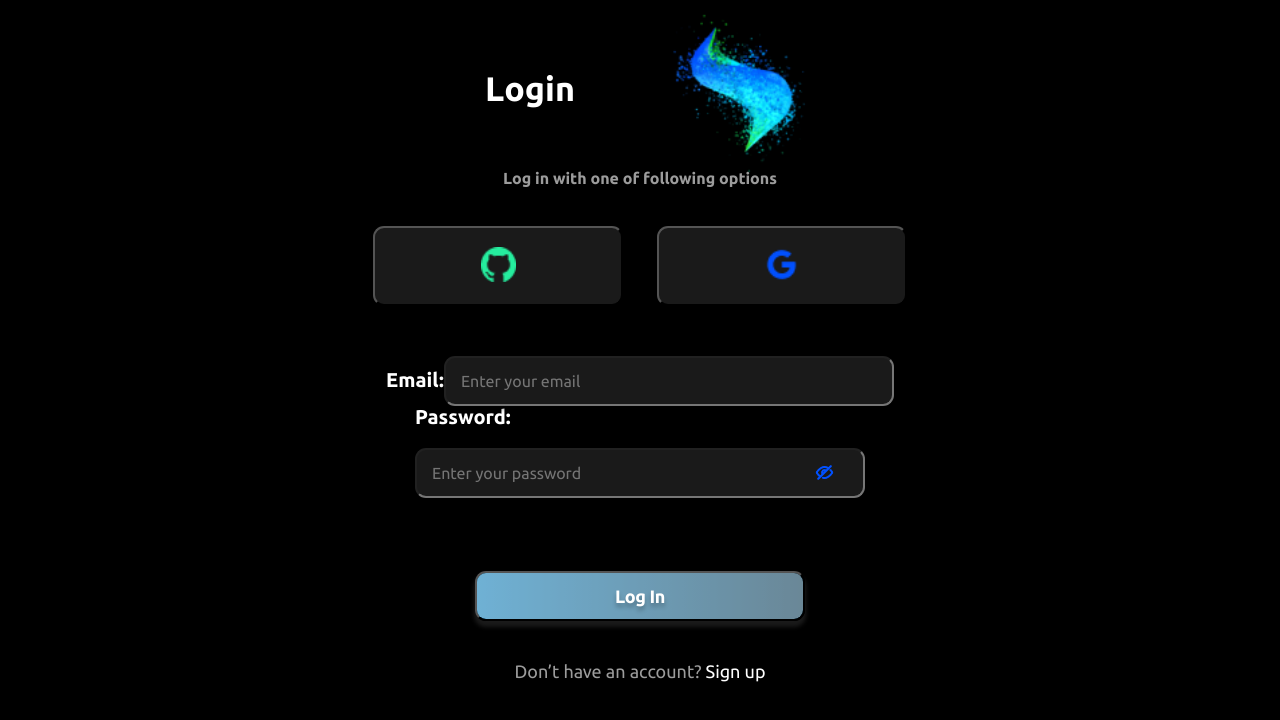
Repository: Cherced/QuanticFilms
Page: /login
An editor plug-in stored every save of this project. The page is shown before and after the next save, followed by the edit.
The browser window is 1280 px wide. The pictures show the whole page.
The page's requests for data from a server got no answer. The project was rebuilt for these pictures with package versions that can differ from the ones it lists, and the page was loaded fresh each time. The framework's server and built-in components were replaced by stand-ins that run in the browser. No one was signed in, and anything a server would have sent is missing. Also part of the build but not shown: components/atoms/HeaderFloat.jsx.

Above is the page before, as saved 2022-06-10 12:11:18.

### pages/_app.js
import '../sass/global.scss'
import {SessionProvider} from 'next-auth/react'



function MyApp({ Component, pageProps }) {
  return <SessionProvider>
            <Component {...pageProps} />
        </SessionProvider>
  }

export default MyApp

### pages/login.jsx
import React from 'react'
import { ButtonColors } from '../components/atoms/ButtonColors'
import { HeaderFloat } from '../components/atoms/HeaderFloat'
import {ButtonsAccesBySM} from '../components/molecules/ButtonsAccesBySM'
import { LoginForm } from '../components/molecules/LoginForm'
import  { useRouter } from 'next/router'
import {useSession, signIn } from 'next-auth/react'


const Login = () => {

  const { data: session, status } = useSession()
  const router = useRouter();

  if(status !== 'loading' && status === 'authenticated'){
      router.push('/home')
  }

  return (
    <div className="loginContainer">
         <div className="headerLogin">
           <h1>Login</h1>
        <img src="/images/brandLogoHeader.png" alt="BrandLogo"/>
        </div>
        <p className="parragaphAccount">Log in with one of following options</p>
        <ButtonsAccesBySM pathG={()=> signIn('github')} pathGO={()=> signIn('google')} img1={"/images/mac.png"} img2={"/images/google.png"} alt="mediaLink" />
        <LoginForm />
        <div className="principalButtonLogin">
        <ButtonColors path={"customization"} title="Log In" />
        <p className="parragaphAccountLogin">Don’t have an account? <a onClick={() => router.push("signUp")}>Sign up</a></p>
        </div>
    </div>
  )
}

export default Login

### sass/global.scss
@import "./vars";
@import "./components";
@import "./pages/start";
@import "./pages/login";
@import "./pages/signUp";
@import "./pages/costumization";
@import "./pages/home";
@import "./pages/account";

### components/atoms/ButtonColors.jsx
import React from 'react'
import { useRouter } from 'next/router'

export const ButtonColors = (props) => {
    const router = useRouter()
  return (
    <button onClick={() => router.push(`/${props.path}`)}>{props.title}</button>
  )
}

### components/molecules/ButtonsAccesBySM.jsx
import React from 'react'
import { ButtonAccount } from '../atoms/ButtonAccount'

export const ButtonsAccesBySM = (props) => {
  return (
    <div className="buttonsAccesBySM">
        <ButtonAccount path={props.pathG} img={props.img1} alt={props.alt} />
        <ButtonAccount path={props.pathGO} img={props.img2} alt={props.alt} />
    </div>
  )
}

### components/molecules/LoginForm.jsx
import React from 'react'
import { InputBasicAccont } from '../atoms/InputBasicAccont'

export const LoginForm = () => {
  return (
    <form className="formContainer">
        <InputBasicAccont password={false} titleForm="Email:" name="Email" for="Email" placeholder="Enter your email" type="text" autoComplete="off" />
        <InputBasicAccont password={true} titleForm="Password:" name="password" for="password" placeholder="Enter your password" type="password" autoComplete="off" />
    </form>
  )
}

### sass/_vars.scss
@import url('https://fonts.googleapis.com/css2?family=Ubuntu:ital,wght@0,300;0,400;0,500;0,700;1,300;1,400;1,500;1,700&display=swap');

$FontTitle: 'Ubuntu', sans-serif;

*{
    margin: 0;
    padding: 0;
    box-sizing: border-box;
}

body{
    background: black;
}
// forms Position
.formContainer{
    margin-top: 25px;
    width: 100%;
    display: flex;
    flex-direction: column;
    align-items: center;

}

//pruebas::after

.pruebas{
    min-width: 100vw;
    min-height: 100vh;
    box-sizing: border-box;
    margin: auto;
    padding: 0px;
    display: flex;
    justify-content: center;
    align-items: center;
    flex-direction: column;
}

### sass/_components.scss
@import "./mixxins";
@import "./components/headerFloat";
@import "./components/buttonsAccesBySM";
@import "./components/inputBasicAccount";
@import "./components/welcomeAnimation";
@import "./components/FilterSearch";
@import "./components/buttonAddCategory";
@import "./components/sliderInfinite";
@import "./components/sliderSmallCase";
@import "./components/filterByOptions";
@import "./components/progressBar";
@import "./components/userInfo";
@import "./components/logOut";
@import "./components/footer";

### sass/_mixxins.scss
@mixin ButtonColors {
    button {
        width: 330px;
        height: 50px;
        background: linear-gradient(270deg, #000000, #15adff, #25ed9e, #313a35, #000000);
        background-size: 1000% 1000%;
        -webkit-animation: AnimationName 10s ease infinite;
        -moz-animation: AnimationName 10s ease infinite;
        animation: AnimationName 10s ease infinite;
        box-shadow: 0px 5px 4px 1px #1A1A1A, inset 0px 4px 4px 629px rgba(255, 255, 255, 0.4);
        border-radius: 11px;
        color: whitesmoke;
        font-family: $FontTitle;
        font-style: normal;
        font-weight: 700;
        font-size: 18px;
        line-height: 21px;
        letter-spacing: -0.02em;
        color: #FFFFFF;
        text-shadow: 0px 4px 4px rgba(0, 0, 0, 0.25);
    }

    @media screen and (max-width: 320px) {
        button {
            width: 280px;
        }
    }

    @media screen and (max-width: 320px) and (max-height: 372px) {
        button {
            width: 280px;
        }
    }

    @-webkit-keyframes AnimationName {
        0% {
            background-position: 0% 50%
        }

        50% {
            background-position: 100% 50%
        }

        100% {
            background-position: 0% 50%
        }
    }

    @-moz-keyframes AnimationName {
        0% {
            background-position: 0% 50%
        }

        50% {
            background-position: 100% 50%
        }

        100% {
            background-position: 0% 50%
        }
    }

    @keyframes AnimationName {
        0% {
            background-position: 0% 50%
        }

        50% {
            background-position: 100% 50%
        }

        100% {
            background-position: 0% 50%
        }
    }
}

### sass/components/_headerFloat.scss
.headerText {
    display: flex;
    align-items: center;
    height: 95px;
    padding: 20px 0 0 0;

    .headerNavText {
        margin: 0 20px;

        button {
            background-color: transparent;
            border-radius: 50px;
        }
    }

    h1 {
        font-family: 'Ubuntu';
        font-style: normal;
        font-weight: 700;
        font-size: 24px;
        line-height: 28px;
        /* identical to box height */


        color: #FFFFFF;

    }

    .BrandIcon {
        position: absolute;
        top: 10px;
        left: 226px;
        z-index: 1;
    }
}

.headerJustBack {
    display: flex;
    align-items: center;
    height: 55px;
    padding: 20px 0 0 0;

    .headerNavText {
        margin: 0 20px;

        button {
            background-color: transparent;
            border-radius: 50px;
        }
    }

    .BrandIcon {
        display: none;
    }
}

@media screen and (min-width: 375px) {
    .headerText {
        .BrandIcon {
            left: 210px;
        }
    }
}

### sass/components/_buttonsAccesBySM.scss
.buttonsAccesBySM {
    width: 100%;
    margin-top: 40px;
    display: flex;
    justify-content: space-evenly;

    button {
        width: 160px;
        height: 60px;
        background: rgba(255, 255, 255, 0.1);
        box-shadow: 0px 4px 4px rgba(0, 0, 0, 0.25);
        backdrop-filter: blur(4px);
        border-radius: 11px;
    }
}

@media screen and (max-width: 320px) {
    .buttonsAccesBySM {
        margin-top: 30px;
        justify-content: space-evenly;
        button {
            width: 140px;
        }
    }
}


@media screen and (min-width: 414px) {
    .buttonsAccesBySM {
        margin-top: 50px;
        justify-content: space-evenly;
        button {
            width: 180px;
            height: 70px;
            img{
                width: 30px;
            }
        }
    }
}


@media screen and (min-width: 768px) {
    .buttonsAccesBySM {
        margin-top: 80px;
        justify-content: space-evenly;
        button {
            width: 340px;
            height: 90px;
            img{
                width: 35px;
            }
        }
    }
}


@media screen and (min-width: 1024px) {
    .buttonsAccesBySM {
        margin-top: 40px;
        justify-content: space-evenly;
        width: 600px;
        button {
            width: 250px;
            height: 80px;
            img{
                width: 35px;
            }
        }
    }
}

### sass/components/_inputBasicAccount.scss
.inputBasicAccont {
    label {
        font-family: 'Ubuntu';
        font-style: normal;
        font-weight: 700;
        font-size: 18px;
        line-height: 21px;
        color: #FFFFFF;
        margin-top: 10px;
    }

    input {
        width: 330px;
        height: 40px;
        font-family: 'Ubuntu';
        font-style: normal;
        font-weight: 400;
        font-size: 14px;
        line-height: 16px;
        color: #FFFFFF;
        background: rgba(255, 255, 255, 0.1);
        box-shadow: 0px 4px 4px rgba(0, 0, 0, 0.25);
        backdrop-filter: blur(4px);
        border-radius: 11px;
        margin-top: 20px;
        padding-left: 15px;
    }

    .passwordInput {
        width: 330px;

        img {
            position: relative;
            right: -290px;
            top: -30px
        }

        input {
            width: 330px;
            height: 40px;
            font-family: 'Ubuntu';
            font-style: normal;
            font-weight: 400;
            font-size: 14px;
            line-height: 16px;
            color: #FFFFFF;
            background: rgba(255, 255, 255, 0.1);
            box-shadow: 0px 4px 4px rgba(0, 0, 0, 0.25);
            backdrop-filter: blur(4px);
            border-radius: 11px;
            margin-top: 20px;
            padding-left: 15px;
        }
    }
}

@media screen and (max-width: 320px) {
    .inputBasicAccont {
        input {
            width: 280px;
        }

        .passwordInput {
            width: 280px;

            img {
                position: relative;
                right: -245px;
                top: -30px
            }

            input {
                width: 280px;
            }
        }
    }

}


@media screen and (min-width: 414px) {
    .inputBasicAccont {
        input {
            width: 350px;
        }

        .passwordInput {
            width: 350px;

            img {
                position: relative;
                right: -310px;
                top: -30px
            }

            input {
                width: 350px;
            }
        }
    }

}


@media screen and (min-width: 768px) {
    .inputBasicAccont {
        label {
            margin-top: 20px;
            font-size: 20px;
        }

        input {
            width: 450px;
            height: 50px;
            font-size: 16px;
        }

        .passwordInput {
            width: 450px;

            img {
                position: relative;
                right: -400px;
                top: -35px
            }

            input {
                width: 450px;
                height: 50px;
                font-size: 16px;
            }
        }
    }
}

### sass/components/_FilterSearch.scss
.FilterSearch {
    width: 280px;
    height: 45px;
    box-shadow: 0px 4px 4px rgba(0, 0, 0, 0.25), 0px 4px 4px rgba(255, 255, 255, 0.25);
    border-radius: 18px;
    animation: shadownText 3s ease-in-out infinite;
    input {
        padding-left: 50px;
        width: 100%;
        height: 45px;
        background: #1A1A1A;
        box-shadow: 0px 4px 4px rgba(0, 0, 0, 0.25);
        backdrop-filter: blur(4px);
        border-radius: 22px;
        color: #FFFFFF;
    }

    button {
        width: 35px;
        height: 35px;
        position: relative;
        top: -40px;
        left: 10px;
        border-radius: 46px;

        img {
            background: #1A1A1A;
            width: 100%;
            height: 100%;
            border-radius: 20px;
        }

    }
}
@media screen and (min-width: 375px) {
    .FilterSearch{
        width: 300px;
    }

}


@media screen and (min-width: 768px) {
    .FilterSearch{
        width: 450px;
    }
}

### sass/components/_buttonAddCategory.scss
.PopularCategoriesContainer {
    width: 95%;
    height: auto;
    display: flex;
    flex-direction: row;
    flex-wrap: wrap;
    justify-content: space-evenly;

    .ButtonAddCategorie {
        display: flex;
        justify-content: space-evenly;
        align-items: center;
        width: auto;
        height: auto;
        background: #1A1A1A;
        box-shadow: 0px 4px 4px rgb(0 0 0 / 25%);
        border-radius: 30px;
        font-family: "Ubuntu", sans-serif;
        font-style: normal;
        font-weight: 500;
        font-size: 17px;
        line-height: 18px;
        text-align: center;
        letter-spacing: -0.165px;
        color: #FFFFFF;
        margin: 15px 0;
        padding: 5px;
        box-shadow: 0px 4px 4px rgba(0, 0, 0, 0.25), 0px 4px 4px rgba(255, 255, 255, 0.35);
        border-radius: 18px;
        animation: shadownText 10s ease-in-out infinite;
        img {
            padding-left: 20px;
        }

    }
}
@media screen and (min-width: 375px){
    .PopularCategoriesContainer{
        margin-top: 30px;
    }
}

@media screen and (min-width: 414px){
    .PopularCategoriesContainer{
        margin-top: 50px;
    }
}

### sass/components/_sliderInfinite.scss
.sliderInfiniteMoviesContainer {
    margin: 50px 0;
    width: 100%;
    max-width: 400px;
    overflow: hidden;

    .sliderContent {
        display: flex;
        width: 2000%;
        height: 400px;
        margin-left: -100%;
        .sliderContentItem__image {
            width: 100%;
            background: transparent;
            border: none;
            .sliderImg {
                display: block;
                width: 100%;
                height: 100%;
                object-fit: contain;
                border-radius: 200px;
            }
        }
    }

    .slider--BTN {
        position: relative;
        width: 40px;
        height: 40px;
        background: rgba(255, 255, 255, 0.7);
        top: 20px;
        transform: translateY(-50%);
        border-radius: 50%;
        cursor: pointer;
        z-index: 1;
        font-size: 30px;
        font-weight: bold;
        font-family: 'Ubuntu';
    }

    .slider--BTN:hover {
        background: rgba(255, 255, 255, 0.9);
    }

    .btn--lf {
        left: 50px;
    }

    .btn--rg {
        left: 250px;
    }
}

### sass/components/_filterByOptions.scss
.filterByOptionsContainer {
    width: 90%;
    display: flex;
    margin: 30px 0;


    .switchByOptions {
        background: transparent;
        border-radius: 50px;
        width: 32px;
        height: 32px;
        margin-left: 47%;
        transition: all 1.3s ease;
    }

    .filterSelectsThree {
        width: 0;
        display: flex;
        flex-direction: row;
        opacity: 0;
        justify-content: space-between;
        transition: 1s ease;
        .optionFilter {
            width: auto;
            height: 30px;
            padding: 0 8px;

            select {
                padding: 5px;
                border-radius: 30px;
                border: 1px solid transparent;
                width: 100%;
                height: 100%;
                color: #FFFFFF;
                background: #1A1A1A;
                box-shadow: 0px 4px 4px rgba(0, 0, 0, 0.25);
                animation: shadownText 5s ease-in-out infinite;
                background: #1A1A1A;
                box-shadow: 0px 4px 4px rgba(0, 0, 0, 0.25), inset 0px 4px 4px rgba(0, 0, 0, 0.25);
            }
        }

    }
}

### sass/components/_progressBar.scss

.container-bar {
	flex-direction: column;
	display: flex;
	align-items: center;
	justify-content: center;

}

.progress {
	background-color: rgba(37, 40, 54, 0.8);
	border-radius: 20px;
	position: relative;
	height: 43px;
	width: 308px;
    padding: 6px 8px 0 8px;
}

.progress-bar {
	background:#E7E1E1;
	border-radius: 20px;
	height: 30px;
	width: 0;
	transition: 1s ease 0.3s;
}

### sass/components/_userInfo.scss
.accountContent {
    padding: 0;
    margin: 0;
    width: 100%;
    height: 100%;
    margin-top: 20px;

    .userAvatar {
        display: flex;
        flex-direction: column;
        align-items: center;
        justify-content: center;

        img {
            width: 250px;
            height: 250px;
            border-radius: 50%;
            margin-bottom: 20px;
            object-fit: cover;
            box-shadow: 0px 5px 4px 1px #1A1A1A, inset 0px 4px 4px 629px rgba(255, 255, 255, 0.4);
        }

        h1 {
            color: #FFFFFF;
            font-family: 'Ubuntu';
            animation: shadownText 3s ease-in-out infinite;
        }

    }
}

### sass/components/_logOut.scss
.logOut{
    display: flex;
    flex-direction: row;
    align-items: center;
    justify-content: center;
    width: 300px;
    height: 100px;
    h1{
        margin-bottom: 30px;
        color: #FFFFFF;
        font-family: 'Ubuntu';
        animation: shadownText 3s ease-in-out infinite;
    }
    img{
        padding: 10px;
    }
}

### sass/components/_footer.scss
.footerContainer{
    margin-top: 35px;
    width: 100%;
    height: 70px;
    border-radius: 50px 50px 0 0;
    background-color: #1A1A1A;
    display: flex;
    justify-content: space-evenly;
    align-items: center;
    button{
        width: 40px;
        height: 40px;
        background-color: #1A1A1A;
        border-radius: 50%;
    }
}

### sass/pages/_home.scss
.homeContainer {
    display: flex;
    flex-direction: column;
    align-items: center;
    justify-content: space-evenly;
    min-height: 100vh;
    width: 100%;

    .headerHome{
        width: 100%;
        height: 120px;
        display: flex;
        align-items: center;
        justify-content: center;
        background-color: #1A1A1A;
        border-radius: 0 0 50px 50px;
        margin-bottom: 50px;
        animation: shadownText 3s ease-in-out infinite;
        .BRANDLOGO {
            z-index: 2;
            width: 120px;
            height: 120px;
        }

    }

}

### sass/pages/_account.scss
.accountContainer {
    min-height: 100vh;
    width: 100%;
    display: flex;
    flex-direction: column;
    align-items: center;
    justify-content: flex-start;

    .userOptions {
        display: flex;
        flex-direction: column;
        align-items: center;
        justify-content: center;
        @include ButtonColors;
        margin-top: 20px;

        :nth-child(2) {
            margin-top: 20px;
        }

        .container-bar {
            font-family: 'Ubuntu';
            font-style: normal;
            font-weight: 300;
            font-size: 15px;
            line-height: 18px;
            color: #FFFFFF;
            margin-top: 20px;

            p {
                margin-bottom: 5px;
            }

        }

        animation: shadownText 3s ease-in-out infinite;
    }

}

### components/atoms/ButtonAccount.jsx
import React from 'react'
import { useRouter } from 'next/router'

export const ButtonAccount = (props) => {
    const router = useRouter()
  return (
    <button onClick={props.path} > <img src={props.img} alt={props.alt} /></button>
  )
}

### components/atoms/InputBasicAccont.jsx
import React from 'react'

export const InputBasicAccont = (props) => {
  return (
    <div className="inputBasicAccont">
        <label>{props.titleForm}</label>
        {

        props.password ?

        (
        <div className="passwordInput">
        <input type={props.type} name={props.name} placeholder={props.placeholder} autoComplete={props.autoComplete} />
        <img src="/images/checkedPassword.png" alt="icon-check"/>
        </div>
        ) :
        (
        <input type={props.type} name={props.name} placeholder={props.placeholder} autoComplete={props.autoComplete}  />
        )
        }
    </div>
  )
}

Loaded but not shown: sass/components/_welcomeAnimation.scss (782 lines, source omitted); sass/pages/_signUp.scss (511 lines, source omitted); sass/pages/_login.scss (293 lines, source omitted); sass/pages/_start.scss (196 lines, source omitted); sass/components/_sliderSmallCase.scss (158 lines, source omitted); sass/pages/_costumization.scss (147 lines, source omitted)

After the next save:
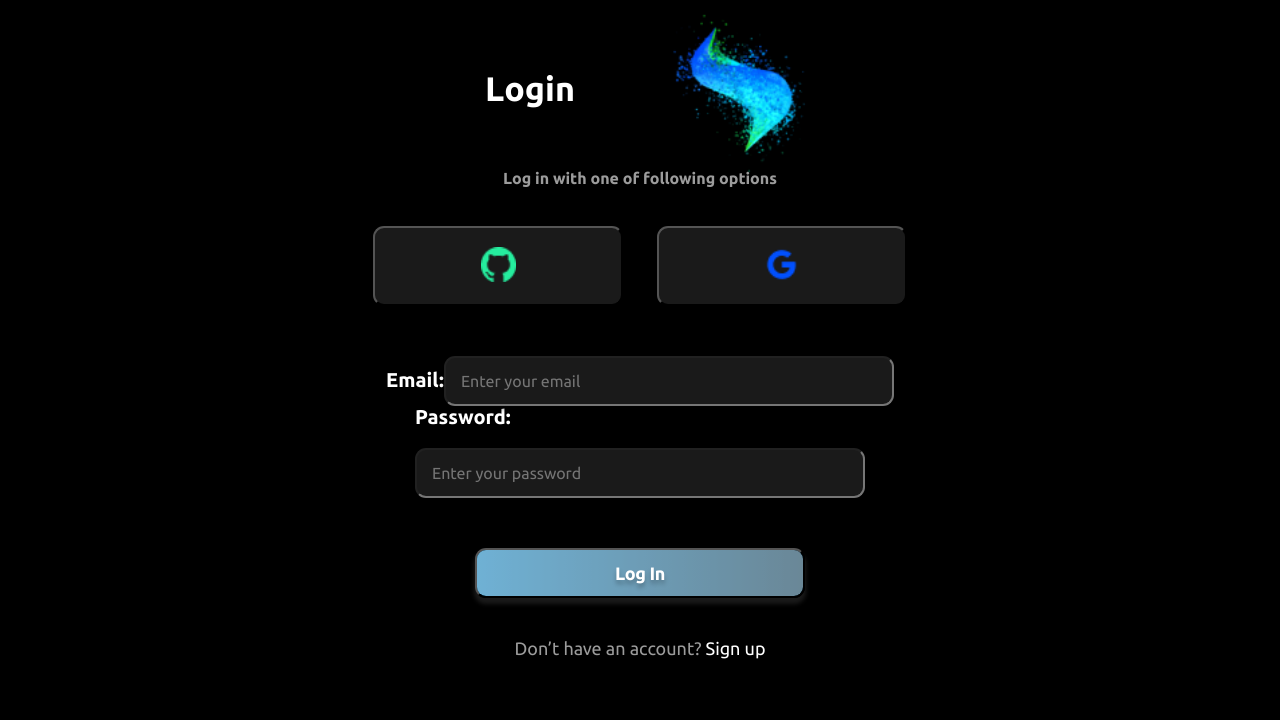
Saved 42 s later.
--- a/components/atoms/InputBasicAccont.jsx
+++ b/components/atoms/InputBasicAccont.jsx
@@ -3,7 +3,7 @@
 export const InputBasicAccont = (props) => {
   return (
     <div className="inputBasicAccont">
-        <label>{props.titleForm}</label>
+        <label for={props.for}>{props.titleForm}</label>
         {
 
         props.password ?
@@ -11,7 +11,6 @@
         (
         <div className="passwordInput">
         <input type={props.type} name={props.name} placeholder={props.placeholder} autoComplete={props.autoComplete} />
-        <img src="/images/checkedPassword.png" alt="icon-check"/>
         </div>
         ) :
         (

After the save that followed:
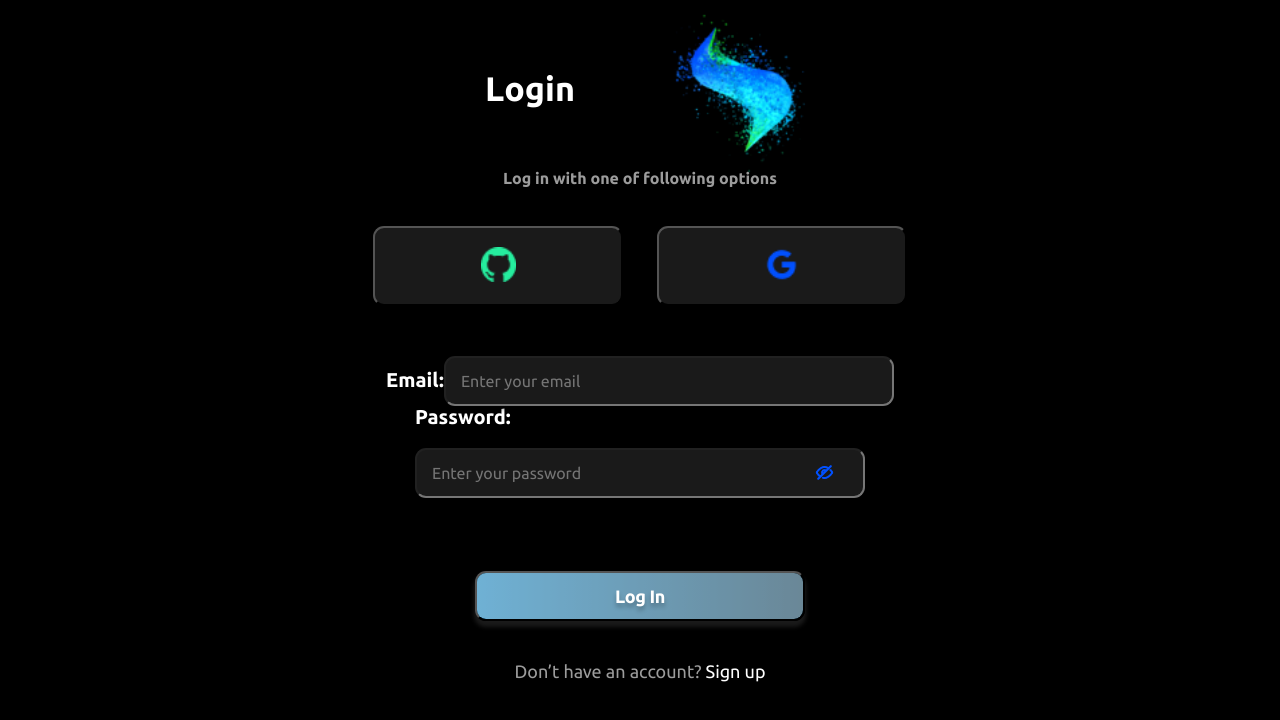
Saved 9 s later.
--- a/components/atoms/InputBasicAccont.jsx
+++ b/components/atoms/InputBasicAccont.jsx
@@ -11,6 +11,7 @@
         (
         <div className="passwordInput">
         <input type={props.type} name={props.name} placeholder={props.placeholder} autoComplete={props.autoComplete} />
+        <img src="/images/checkedPassword.png" alt="icon-check"/>
         </div>
         ) :
         (
